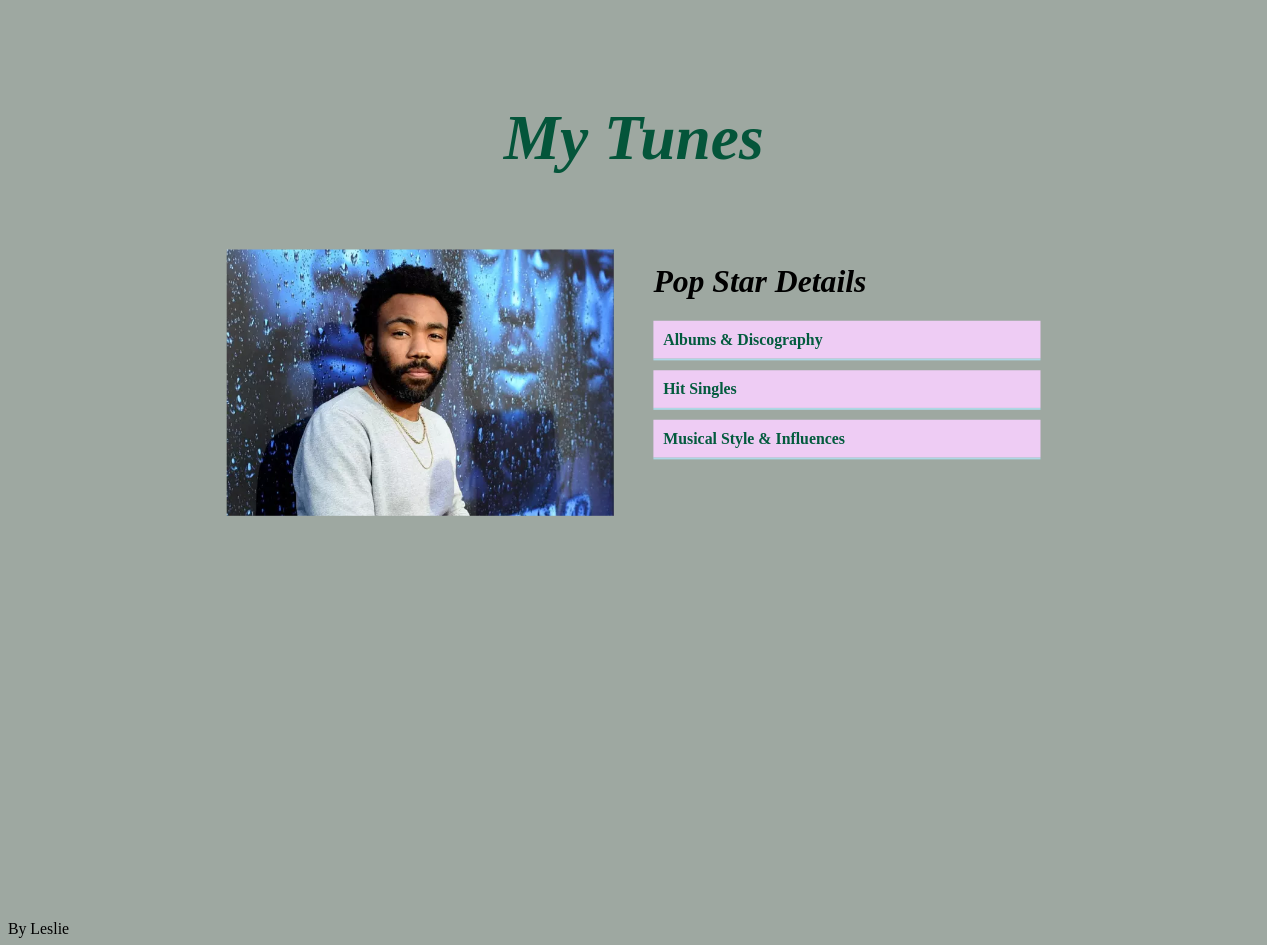
Repository: leslie179/labOne
Page: /
The author's editor kept a copy of each file at every save. The page is drawn from the files as they stood at one save, then again after a run of saves.
The browser window is 1280 px wide. The pictures show the whole page, at 99% of full size.
The project was rebuilt for these pictures with package versions that can differ from the ones it lists, and the page was loaded fresh each time. The framework's server and built-in components were replaced by stand-ins that run in the browser. Also part of the build but not shown: next.config.js, components/Footer/Footer.module.css.

Above is the page before, as saved 2024-09-15 22:47:07.

After the next 2 saves:
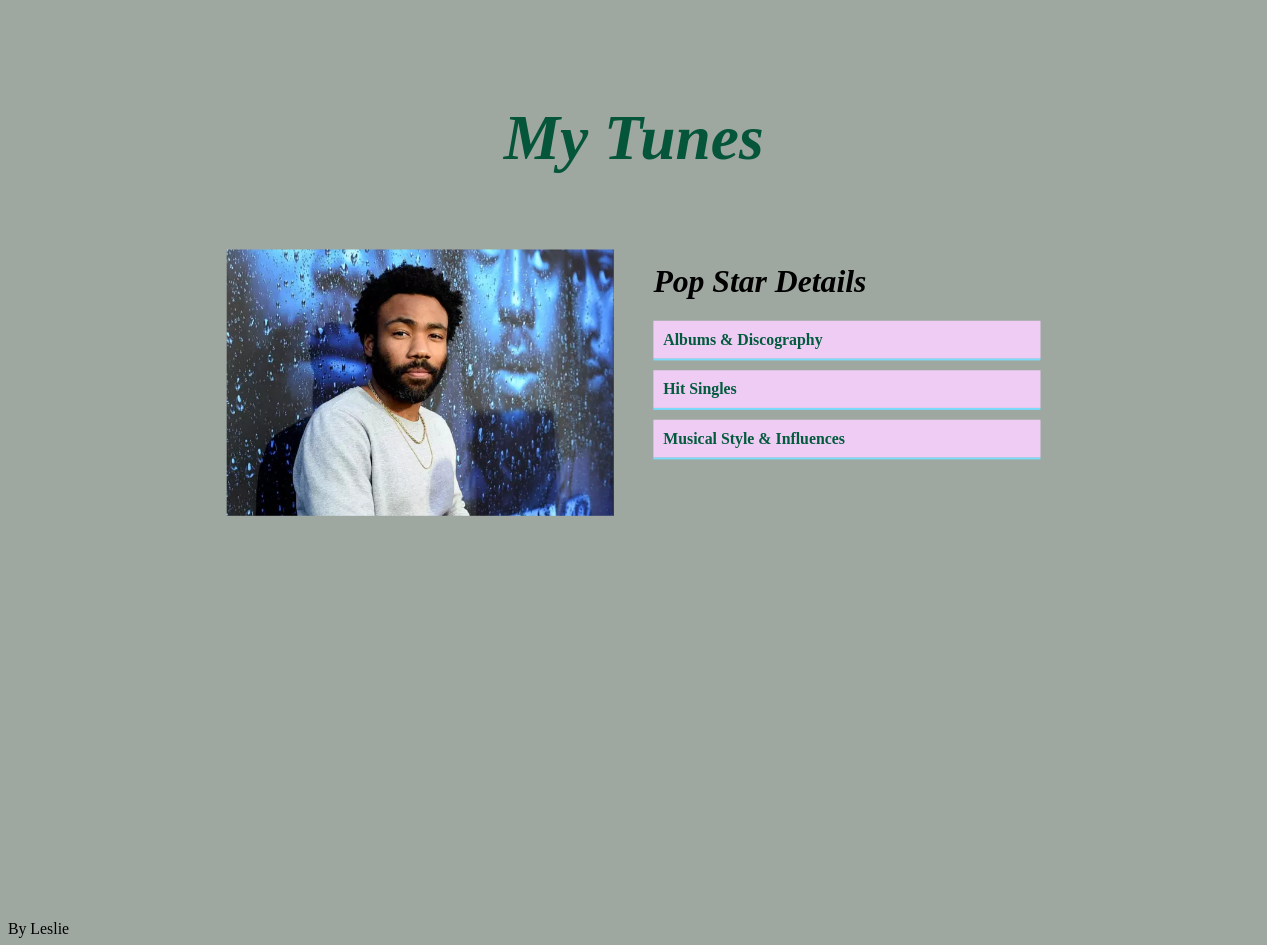
The 2 saves are shown as one change because they came seconds apart.
The last was saved 73 s later.
--- a/components/RightComponent/RightComponent.module.css
+++ b/components/RightComponent/RightComponent.module.css
@@ -9,7 +9,7 @@
 
 
 .item {
-    border-bottom: 2.5px solid lightblue;
+    border-bottom: 2.5px solid rgb(120, 221, 255);
     margin-bottom: 10px;
 }
 
